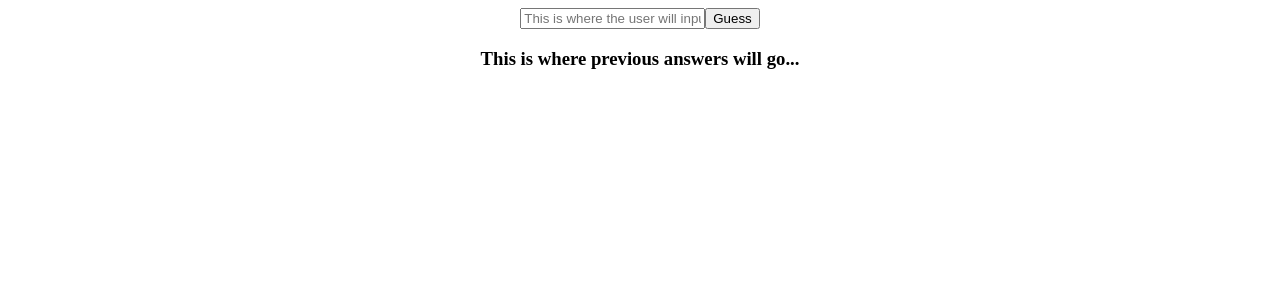
Repository: BAAMOSK/hotandcold
Page: /
These files come from the project's save history. The page is drawn as it stood at one moment and after the next save; the edit follows.
The browser window is 1280 px wide. The pictures show the whole page.
The project was rebuilt for these pictures with package versions that can differ from the ones it lists, and the page was loaded fresh each time.

Above is the page before, as saved 2017-05-16 03:33:15.

### src/index.js
import React from 'react';
import ReactDOM from 'react-dom';
import Game from './components/game';


ReactDOM.render(<Game />, document.getElementById('root'));

### src/components/game.js
//This is the high level component
import React from 'react';
//guess is the user input
import Guess from './guess';
//response is the aggregate answers
import Response from './response';
import './game.css';

export default function Game() {
  return (
    <div className="game">
      <Guess />
      <Response />
    </div>
  );
}

### src/components/guess.js
import React from 'react';

const guess = 'This is where the user will input value'
export default function Guess(props) {
  return (
    <div>
      <input type="textarea" placeholder={guess}/>
      <button>Guess</button>
    </div>
  );
};

### src/components/response.js
import React from 'react';

const answer = 'This is where previous answers will go...'

export default function Response() {
  return (
    <h3>
      {answer}
    </h3>
  );
};

### src/components/game.css
.game {
  text-align: center;
}

Loaded but not shown: public/index.html (common file)

After the next save:
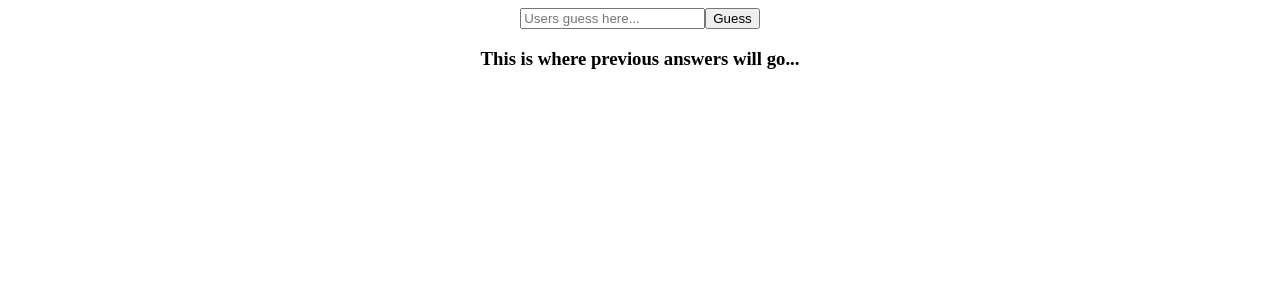
Saved 16 s later.
--- a/src/components/guess.js
+++ b/src/components/guess.js
@@ -1,6 +1,6 @@
 import React from 'react';
 
-const guess = 'This is where the user will input value'
+const guess = 'Users guess here...'
 export default function Guess(props) {
   return (
     <div>
